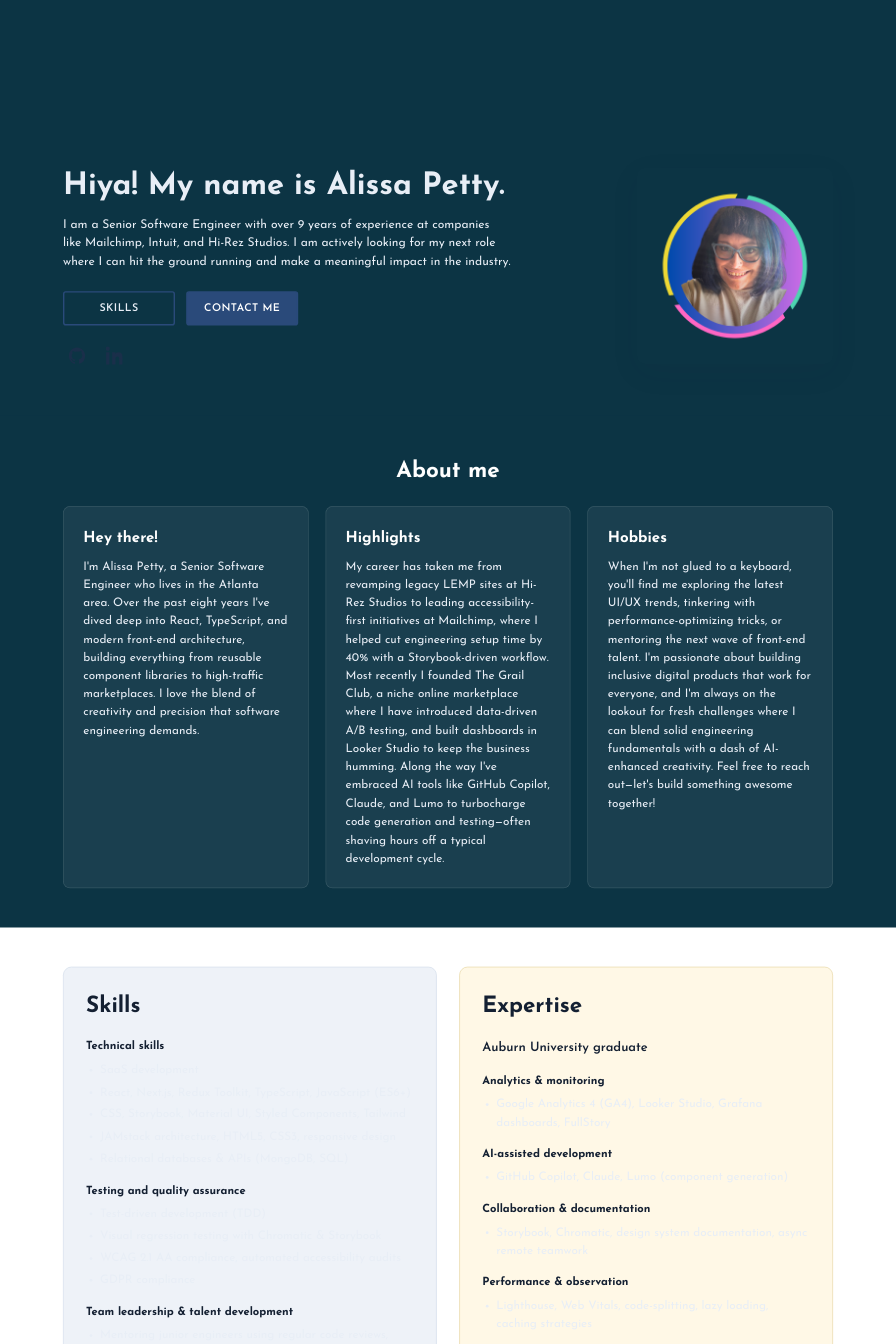
Repository: AlissaSPetty/alissa-petty-com
Page: /
The author's editor kept a copy of each file at every save. The page is drawn from the files as they stood at one save, then again after the next save.
The browser window is 1280 px wide. The pictures show the part of the page from y = 0 to 1920 px (the page is 4285 px tall), at 70% of full size.
The project was rebuilt for these pictures with package versions that can differ from the ones it lists, and the page was loaded fresh each time. Also part of the build but not shown: vite.config.ts, src/legal.css, src/pages/LegalPage.tsx.

Above is the page before, as saved 2026-05-03 17:51:00.

### index.html
<!doctype html>
<html lang="en">
  <head>
    <meta charset="UTF-8" />
    <link rel="icon" type="image/svg+xml" href="/favicon.svg" />
    <meta name="viewport" content="width=device-width, initial-scale=1.0" />
    <meta
      name="description"
      content="Alissa Petty — Senior Software Engineer. React, TypeScript, and modern web development. Atlanta area."
    />
    <meta
      name="keywords"
      content="Software Engineer, Web Developer, React, JavaScript, CV, Alissa Petty, Atlanta"
    />
    <title>Alissa Petty — Senior Software Engineer</title>
  </head>
  <body>
    <div id="root"></div>
    <script type="module" src="/src/main.tsx"></script>
  </body>
</html>

### src/index.css
@import url("https://fonts.googleapis.com/css2?family=Josefin+Sans:ital,wght@0,300;0,400;0,500;0,600;0,700;1,400&display=swap");

:root {
  --font-body: "Josefin Sans", system-ui, sans-serif;
  --bg: #0c3444;
  --bg-muted: #eef2f8;
  --surface: #ffffff;
  --navy: #1a2f4a;
  --navy-deep: #14243a;
  --primary: #2a4a7a;
  --primary-hover: #355a92;
  --accent-footer: #f4d35e;
  --footer-text: #1a2332;
  --heading: #142032;
  --text: #3d4a5c;
  --text-on-dark: #e8eef6;
  --link: #1e5a9e;
  --border: #d5deeb;
  --shadow: 0 12px 40px rgba(20, 36, 58, 0.08);
}

*,
*::before,
*::after {
  box-sizing: border-box;
}

html {
  scroll-behavior: smooth;
}

body {
  margin: 0;
  font-family: var(--font-body);
  font-size: 1.05rem;
  line-height: 1.55;
  color: var(--text-on-dark);
  background: var(--bg);
  color: var(--text-on-dark);
}

#root {
  min-height: 100vh;
}

.visually-hidden {
  position: absolute;
  width: 1px;
  height: 1px;
  padding: 0;
  margin: -1px;
  overflow: hidden;
  clip: rect(0, 0, 0, 0);
  white-space: nowrap;
  border: 0;
}

.skip-link {
  position: absolute;
  left: -9999px;
  top: 0.75rem;
  z-index: 100;
  padding: 0.5rem 1rem;
  background: var(--navy);
  color: var(--text-on-dark);
  font-weight: 600;
  text-decoration: none;
  border-radius: 4px;
}

.skip-link:focus {
  left: 0.75rem;
}

a {
  color: var(--link);
}

.container {
  width: min(1100px, 100% - 2rem);
  margin-inline: auto;
}

/* Hero */
.hero {
  background: #0c3444;
  padding: 15rem 0 4rem;
  @media (max-width: 1200px) {
    padding: 5rem 0 4rem;
  }
}

.hero-inner {
  width: min(1100px, 100% - 2rem);
  margin-inline: auto;
  display: flex;
  flex-wrap: wrap;
  align-items: center;
  gap: 2.5rem;
  justify-content: space-between;
}

.hero-copy {
  flex: 1 1 320px;
  max-width: 640px;
}

.hero-copy h1 {
  margin: 0 0 1rem;
  font-size: clamp(1.85rem, 4vw, 2.75rem);
  font-weight: 700;
  color: (--text-on-dark);
  line-height: 1.15;
}

.lead {
  margin: 0 0 1.75rem;
  font-size: 1.08rem;
}

.hero-actions {
  display: flex;
  flex-wrap: wrap;
  gap: 1rem;
  margin-bottom: 1.5rem;
}

.btn {
  display: inline-flex;
  align-items: center;
  justify-content: center;
  min-width: 10rem;
  padding: 0.65rem 1.35rem;
  font-family: inherit;
  font-size: 0.95rem;
  font-weight: 600;
  letter-spacing: 0.04em;
  text-transform: uppercase;
  text-decoration: none;
  border-radius: 4px;
  border: 2px solid transparent;
  cursor: pointer;
  transition:
    background 0.2s,
    color 0.2s,
    border-color 0.2s;
}

.btn:focus-visible {
  outline: 3px solid #f4d35e;
  outline-offset: 2px;
}

.btn-primary {
  background: var(--primary);
  color: #fff;
  border-color: var(--primary);
}

.btn-primary:hover {
  background: var(--primary-hover);
  border-color: var(--primary-hover);
}

.btn-outline {
  background: transparent;
  color: var(--text-on-dark);
  border-color: var(--primary);
}

.btn-outline:hover {
  background: rgba(42, 74, 122, 0.08);
}

.btn-block {
  width: 100%;
  min-width: unset;
}

.hero-social {
  display: flex;
  gap: 1rem;
}

.hero-social a {
  display: flex;
  color: var(--navy);
  padding: 0.35rem;
  border-radius: 6px;
}

.hero-social a:hover {
  background: rgba(26, 47, 74, 0.08);
}

.social-svg {
  width: 28px;
  height: 28px;
}

.hero-photo {
  margin: 0;
  flex: 0 1 280px;
  text-align: center;
}

.hero-photo img {
  width: min(50vw, 280px);
  max-width: 100%;
  height: auto;
  border-radius: 12px;
  box-shadow: var(--shadow);
  object-fit: cover;
  aspect-ratio: 1;
}

@media (max-width: 768px) {
  .hero-inner {
    flex-direction: column-reverse;
    text-align: center;
  }

  .hero-actions {
    justify-content: center;
  }

  .hero-social {
    justify-content: center;
  }

  .btn {
    width: 100%;
    min-width: unset;
  }
}

/* Sections */
.section {
  padding: 3.5rem 0;
}

.section--dark {
  background: var(--bg);
  color: var(--text-on-dark);
}

.section--muted {
  background: var(--bg-muted);
  color: var(--text-on-dark);
}

.section--skills {
  background: var(--surface);
}

.section--cta {
  background: linear-gradient(180deg, var(--primary) 0%, var(--navy) 100%);
  color: var(--text-on-dark);
}

.section-title {
  margin: 0 0 1.5rem;
  font-size: clamp(1.5rem, 3vw, 2rem);
  font-weight: 700;
  text-align: center;
  color: var(--heading);
}

.section-title--on-dark,
.section-title--on-primary {
  color: #fff;
}

.about-grid {
  display: grid;
  grid-template-columns: repeat(3, 1fr);
  gap: 1.5rem;
}

@media (max-width: 900px) {
  .about-grid {
    grid-template-columns: 1fr;
  }
}

.card {
  background: var(--surface);
  border-radius: 10px;
  padding: 1.75rem;
  box-shadow: var(--shadow);
}

.card--about {
  background: rgba(255, 255, 255, 0.06);
  border: 1px solid rgba(255, 255, 255, 0.12);
  color: var(--text-on-dark);
  box-shadow: none;
}

.card--about h3 {
  margin: 0 0 0.75rem;
  font-size: 1.35rem;
  color: #fff;
}

.card--about p {
  margin: 0;
}

.skills-layout {
  display: grid;
  grid-template-columns: 1fr 1fr;
  gap: 2rem;
  align-items: start;
}

@media (max-width: 900px) {
  .skills-layout {
    grid-template-columns: 1fr;
  }
}

.skills-panel {
  background: var(--bg-muted);
  border: 1px solid var(--border);
  border-radius: 12px;
  padding: 2rem;
}

.skills-panel--accent {
  background: #fff8e6;
  border-color: #e8d9a8;
}

.skills-panel h2 {
  text-align: left;
  margin-bottom: 1.25rem;
}

.skills-panel h4 {
  margin: 1.25rem 0 0.5rem;
  font-size: 1rem;
  font-weight: 700;
  color: var(--heading);
  text-transform: none;
}

.skills-panel ul {
  margin: 0;
  padding-left: 1.25rem;
}

.skills-panel li {
  margin-bottom: 0.35rem;
}

.degree {
  margin: 0 0 1rem;
  font-size: 1.15rem;
  font-weight: 600;
  color: var(--heading);
}

.divider {
  border: none;
  border-top: 1px solid var(--border);
  margin: 0 0 2.5rem;
}

.divider--on-primary {
  border-top-color: rgba(255, 255, 255, 0.25);
}

.work-grid {
  display: grid;
  grid-template-columns: repeat(3, 1fr);
  gap: 1.25rem;
}

@media (max-width: 900px) {
  .work-grid {
    grid-template-columns: 1fr;
  }
}

.work-grid figure {
  margin: 0;
  background: var(--surface);
  border-radius: 10px;
  overflow: hidden;
  border: 1px solid var(--border);
  box-shadow: var(--shadow);
}

.work-grid img {
  display: block;
  width: 100%;
  height: auto;
  aspect-ratio: 16 / 9;
  object-fit: cover;
}

.work-grid figcaption {
  padding: 0.85rem 1rem;
  font-weight: 600;
  text-align: center;
  color: var(--heading);
  font-size: 0.95rem;
}

.pub-grid {
  display: grid;
  grid-template-columns: 1fr 1fr;
  gap: 2rem;
}

@media (max-width: 768px) {
  .pub-grid {
    grid-template-columns: 1fr;
  }
}

.pub-card {
  background: var(--surface);
  border-radius: 12px;
  padding: 2rem;
  border: 1px solid var(--border);
  text-align: center;
  box-shadow: var(--shadow);
}

.pub-card h3 {
  margin: 0 0 1rem;
  font-size: 1.15rem;
  font-weight: 600;
  color: var(--heading);
  line-height: 1.35;
}

.pub-logo {
  display: block;
  margin: 0 auto 1.25rem;
  max-width: 100%;
  height: auto;
}

.cta-lead {
  text-align: center;
  max-width: 640px;
  margin: 0 auto 2.5rem;
  font-size: 1.05rem;
  opacity: 0.95;
}

.services-grid {
  display: grid;
  grid-template-columns: repeat(3, 1fr);
  gap: 1.5rem;
}

@media (max-width: 900px) {
  .services-grid {
    grid-template-columns: 1fr;
  }
}

.card--service {
  background: rgba(255, 255, 255, 0.08);
  border: 1px solid rgba(255, 255, 255, 0.2);
  color: var(--text-on-dark);
  box-shadow: none;
}

.card--service h3 {
  margin: 0 0 0.75rem;
  color: #fff;
  font-size: 1.25rem;
}

.card--service p {
  margin: 0;
}

/* Footer */
.site-footer {
  background: var(--accent-footer);
  color: var(--footer-text);
  padding: 3rem 0;
  text-align: center;
}

.footer-inner {
  display: flex;
  flex-direction: column;
  align-items: center;
  gap: 1rem;
}

.footer-name {
  margin: 0;
  font-size: clamp(1.75rem, 4vw, 2.5rem);
  font-weight: 700;
  color: var(--footer-text);
}

.footer-social {
  display: flex;
  gap: 1rem;
}

.footer-social a {
  color: var(--footer-text);
  padding: 0.35rem;
  border-radius: 6px;
}

.footer-social a:hover {
  background: rgba(26, 35, 50, 0.1);
}

.social-svg--footer {
  width: 32px;
  height: 32px;
}

.footer-copy,
.footer-legal {
  margin: 0;
  font-size: 0.95rem;
}

.footer-legal a {
  color: var(--footer-text);
  font-weight: 600;
  text-decoration: none;
}

.footer-legal a:hover {
  text-decoration: underline;
}

### src/App.tsx
import { Route, Routes } from 'react-router-dom'
import { Home } from './pages/Home'
import { LegalPage } from './pages/LegalPage'

export default function App() {
  return (
    <Routes>
      <Route path="/" element={<Home />} />
      <Route
        path="/privacy"
        element={
          <LegalPage title="Privacy policy">
            <p>
              This is a placeholder privacy policy for the rebuilt portfolio site.
              Replace this text with your real policy before publishing.
            </p>
            <p>
              If you have questions, contact{' '}
              <a href="mailto:alissa@petty.io">alissa@petty.io</a>.
            </p>
          </LegalPage>
        }
      />
      <Route
        path="/legal-notice"
        element={
          <LegalPage title="Legal notice">
            <p>
              This is a placeholder legal notice / imprint for the rebuilt portfolio
              site. Replace with jurisdiction-appropriate legal text before publishing.
            </p>
            <p>
              Contact: <a href="mailto:alissa@petty.io">alissa@petty.io</a>
            </p>
          </LegalPage>
        }
      />
    </Routes>
  )
}

### src/components/Icons.tsx
export function IconGitHub({ className }: { className?: string }) {
  return (
    <svg
      className={className}
      xmlns="http://www.w3.org/2000/svg"
      viewBox="0 0 24 24"
      aria-hidden
      focusable="false"
    >
      <path
        fill="currentColor"
        d="M12 2C6.48 2 2 6.58 2 12.26c0 4.52 2.87 8.35 6.84 9.69.5.1.68-.22.68-.48 0-.24-.01-.87-.01-1.7-2.78.62-3.37-1.37-3.37-1.37-.45-1.18-1.1-1.5-1.1-1.5-.9-.63.07-.62.07-.62 1 .07 1.53 1.05 1.53 1.05.89 1.56 2.34 1.11 2.91.85.09-.67.35-1.11.63-1.37-2.22-.26-4.56-1.14-4.56-5.07 0-1.12.39-2.03 1.03-2.75-.1-.26-.45-1.3.1-2.71 0 0 .84-.28 2.75 1.05A9.38 9.38 0 0 1 12 6.84c.85.004 1.71.12 2.51.35 1.91-1.33 2.75-1.05 2.75-1.05.55 1.41.2 2.45.1 2.71.64.72 1.03 1.63 1.03 2.75 0 3.94-2.34 4.81-4.57 5.06.36.32.68.94.68 1.9 0 1.37-.01 2.47-.01 2.8 0 .27.18.59.69.48A10.01 10.01 0 0 0 22 12.26C22 6.58 17.52 2 12 2Z"
      />
    </svg>
  )
}

export function IconLinkedIn({ className }: { className?: string }) {
  return (
    <svg
      className={className}
      xmlns="http://www.w3.org/2000/svg"
      viewBox="0 0 24 24"
      aria-hidden
      focusable="false"
    >
      <path
        fill="currentColor"
        d="M4.98 3.5C4.98 4.88 3.86 6 2.5 6S0 4.88 0 3.5 1.12 1 2.5 1s2.48 1.12 2.48 2.5ZM.5 8h4V23H.5V8Zm7.5 0h3.84v2.05h.05c.53-1 1.84-2.05 3.79-2.05 4.05 0 4.8 2.67 4.8 6.13V23h-4v-6.35c0-1.52-.03-3.48-2.12-3.48-2.12 0-2.44 1.65-2.44 3.36V23h-4V8Z"
      />
    </svg>
  )
}

Loaded but not shown: src/main.tsx (common file); src/pages/Home.tsx (310 lines, source omitted)

After the next save:
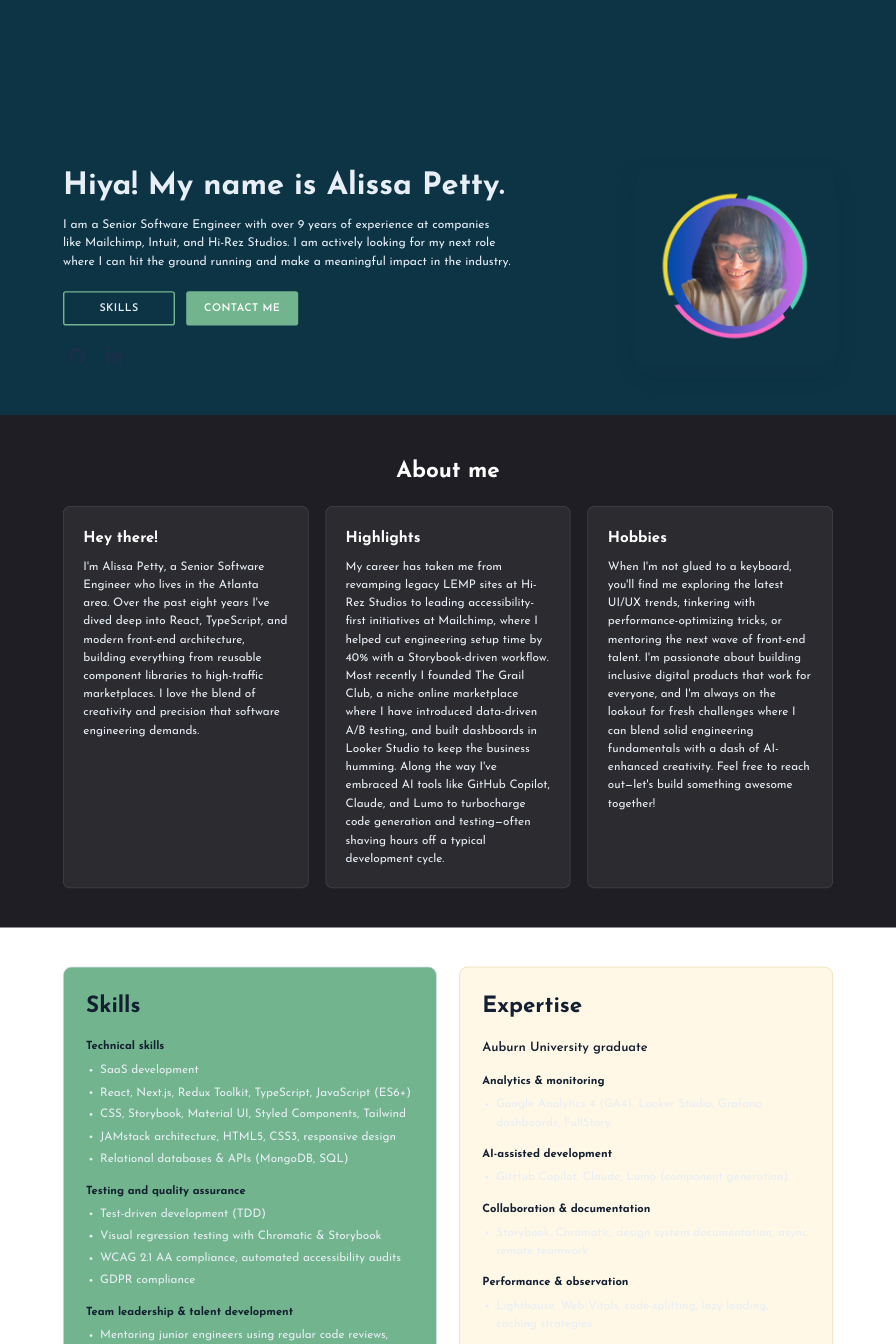
Saved 6 min 59 s later.
--- a/src/index.css
+++ b/src/index.css
@@ -2,15 +2,15 @@
 
 :root {
   --font-body: "Josefin Sans", system-ui, sans-serif;
-  --bg: #0c3444;
-  --bg-muted: #eef2f8;
+  --bg: #1e1e24;
+  --bg-muted: #71b48d;
   --surface: #ffffff;
   --navy: #1a2f4a;
   --navy-deep: #14243a;
-  --primary: #2a4a7a;
+  --primary: #71b48d;
   --primary-hover: #355a92;
-  --accent-footer: #f4d35e;
-  --footer-text: #1a2332;
+  --accent-footer: #ffed66;
+  --footer-text: #1e1e24;
   --heading: #142032;
   --text: #3d4a5c;
   --text-on-dark: #e8eef6;
